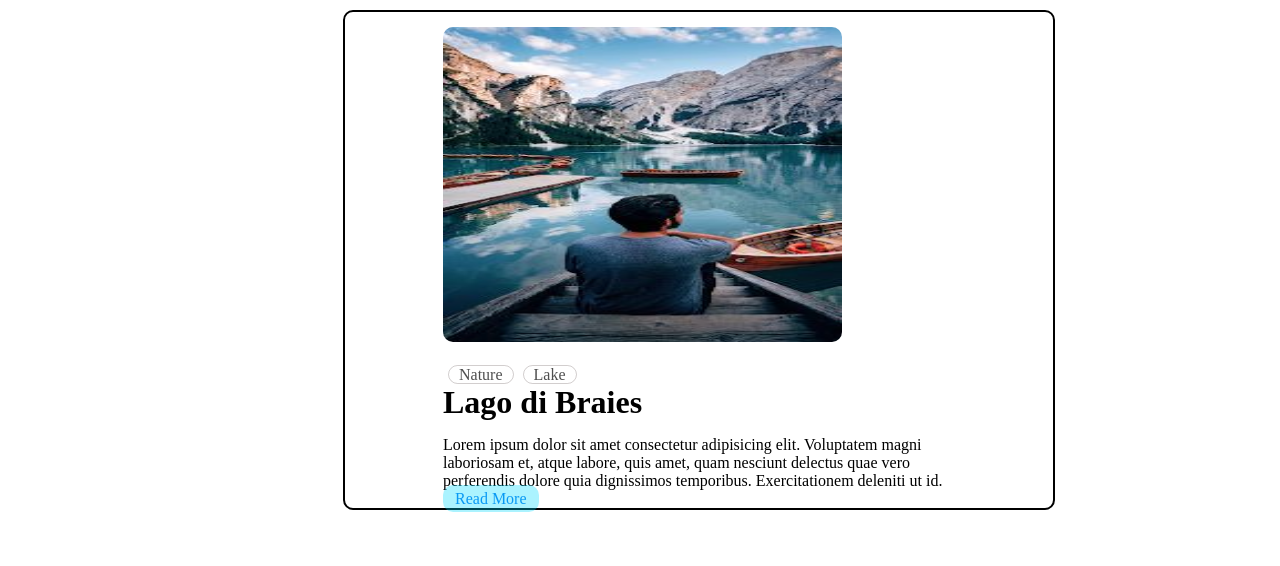
Repository: diensy/Web_dev
Page: Css/Exercise/exercise-2/index.html
These files come from the project's save history. The page is drawn as it stood at one moment and after the next save; the edit follows.
The browser window is 1280 px wide. The pictures show the whole page.

Above is the page before, as saved 2024-05-27 22:07:41.

### Css/Exercise/exercise-2/index.html
<!DOCTYPE html>
<html lang="en">
  <head>
    <meta charset="UTF-8" />
    <meta name="viewport" content="width=device-width, initial-scale=1.0" />
    <title>Document</title>
    <link rel="stylesheet" href="index.css" />
  </head>
  <body>
    <div class="card">
      <div class="image">
        <img src="image.jpeg" alt="" />
      </div>
      <div class="button">
        <span>Nature</span>
        <span>Lake</span>
      </div>
      <div class="content">
        <h1>Lago di Braies</h1>
        <p>
          Lorem ipsum dolor sit amet consectetur adipisicing elit. Voluptatem
          magni laboriosam et, atque labore, quis amet, quam nesciunt delectus
          quae vero perferendis dolore quia dignissimos temporibus.
          Exercitationem deleniti ut id.
        </p>
        <span>Read More</span>
      </div>
    </div>
  </body>
</html>

### Css/Exercise/exercise-2/index.css
* {
  margin: 0;
  padding: 0;
}
.card {
  border: 2px solid black;
  border-radius: 10px;
  display: grid;
  justify-content: center;
  margin: 10px 225px 18px 343px;
}
.image {
  margin-top: 15px;
  margin-bottom: 20px;
}
.image img {
  /* border: 1px solid black; */
  border-radius: 10px;
  height: 315px;
  width: 399px;
}
.button span {
  border: 1px solid rgba(107, 94, 94, 0.306);
  color: rgba(0, 0, 0, 0.694);
  border-radius: 40px;
  padding: 0 10px;
  margin-left: 5px;
  margin-bottom: 20px;
}
.content {
  height: 100%;
  width: 40vw;
}
.content h1 {
  margin-bottom: 15px;
}
.content h1 {
    margin-bottom: 15px;
  }
.content span {
  color: rgb(9 153 244);
  border: 1px;
  border-radius: 10px;
  background-color: rgba(0, 217, 255, 0.331);
  padding: 5px 12px;
}

After the next save:
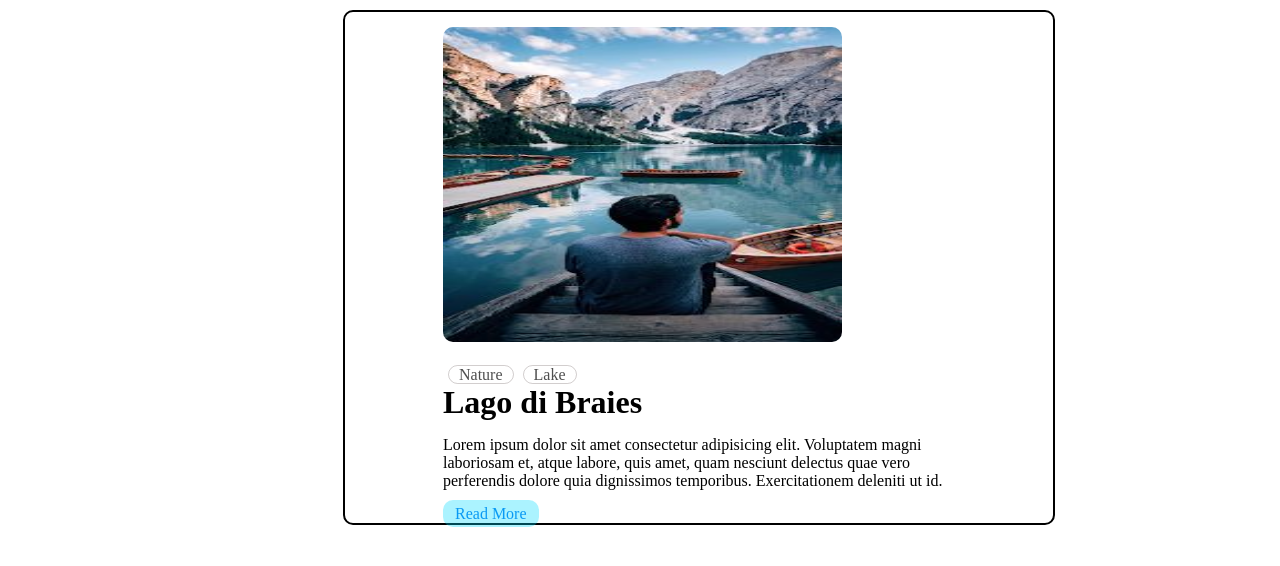
Saved 5 s later.
--- a/Css/Exercise/exercise-2/index.css
+++ b/Css/Exercise/exercise-2/index.css
@@ -34,9 +34,9 @@
 .content h1 {
   margin-bottom: 15px;
 }
-.content h1 {
-    margin-bottom: 15px;
-  }
+.content p {
+  margin-bottom: 15px;
+}
 .content span {
   color: rgb(9 153 244);
   border: 1px;
